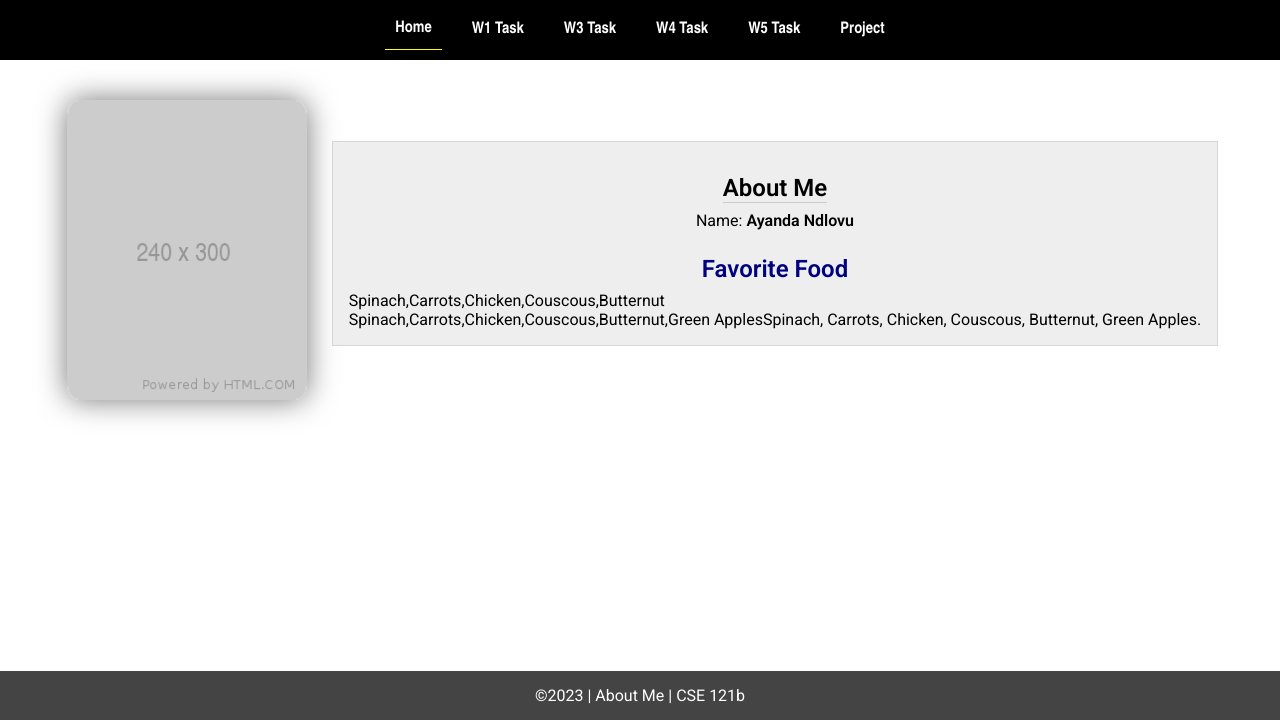
Repository: mszakutumela/cse121b
Page: index.html
An editor plug-in stored every save of this project. The page is shown before and after the next save, followed by the edit.
The browser window is 1280 px wide. The pictures show the whole page.

Above is the page before, as saved 2023-10-07 15:54:47.
Console error: ReferenceError: array is not defined

After the next save:
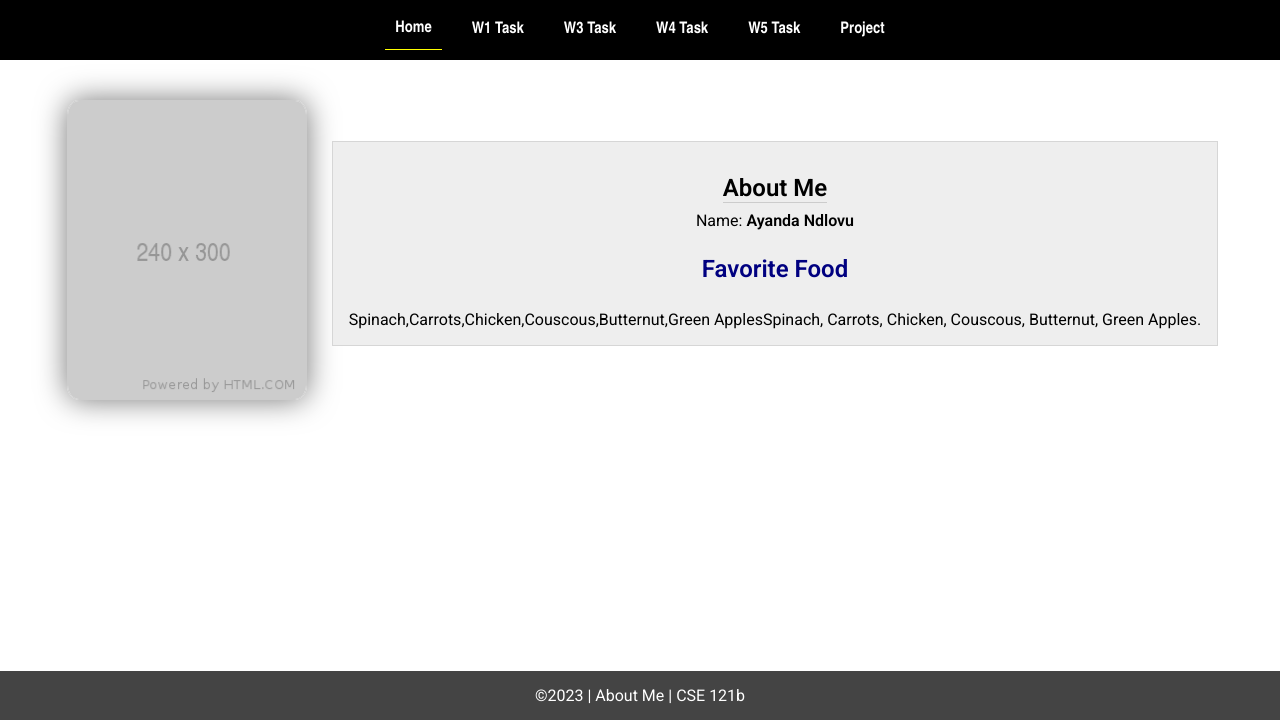
Saved 30 s later.
--- a/scripts/w02-task.js
+++ b/scripts/w02-task.js
@@ -22,7 +22,7 @@ imageElement.setAttribute('title', profilePicture);
 
 /* Step 5 - Array */
 let favoriteFoods = ['Spinach', 'Carrots', 'Chicken', 'Couscous', 'Butternut'];
-foodElement.innerHTML = `${favoriteFoods}`;
+// foodElement.innerHTML = `${favoriteFoods}`;
 let anotherSingleFood = ['Green Apples'];
 favoriteFoods.push(anotherSingleFood);
 foodElement.innerHTML += `<br>${favoriteFoods}`;
